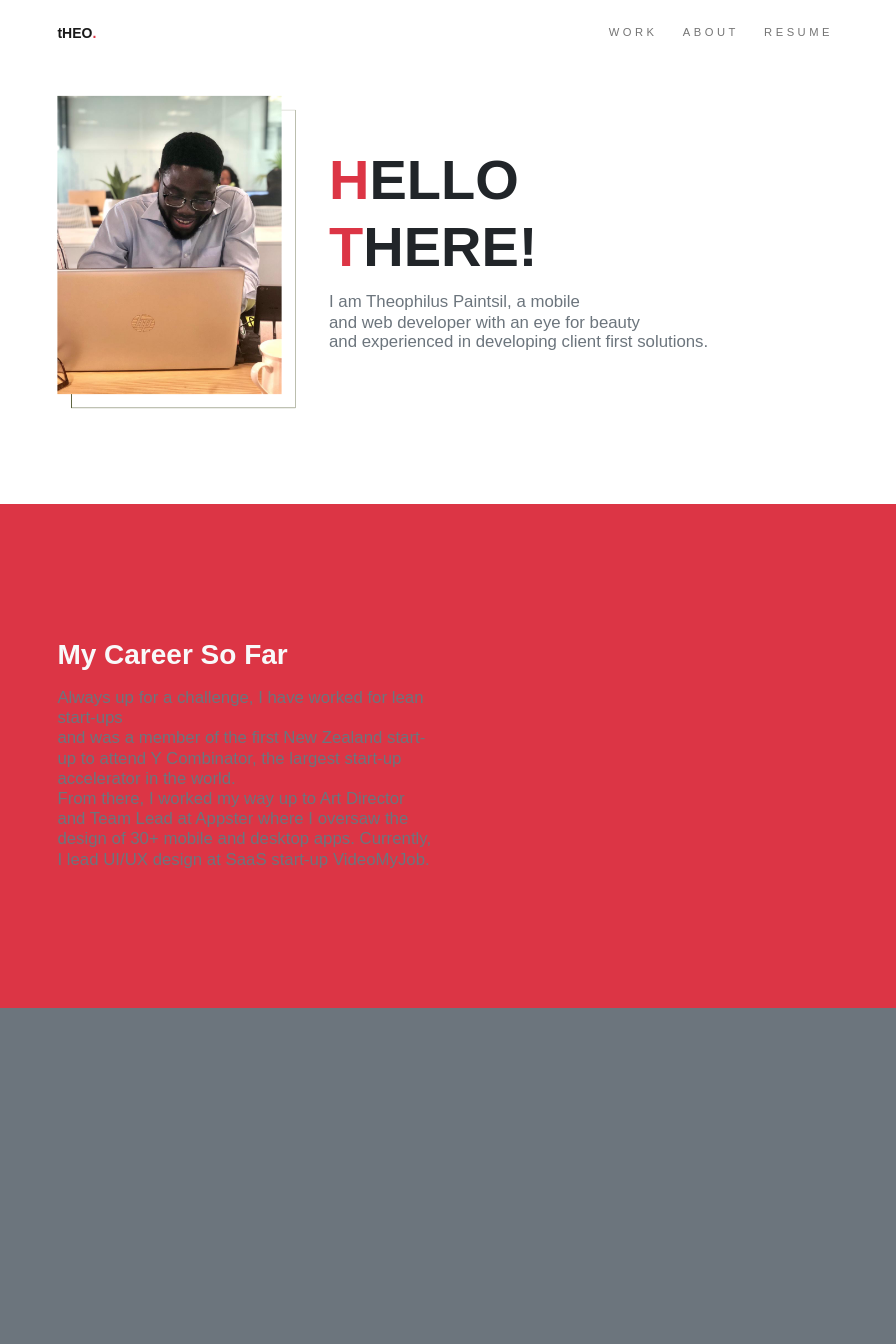
Repository: tHEO2k17/portfolio
Page: /
The author's editor kept a copy of each file at every save. The page is drawn from the files as they stood at one save, then again after the next save.
The browser window is 1280 px wide. The pictures show the part of the page from y = 0 to 1920 px (the page is 3000 px tall), at 70% of full size.
The project was rebuilt for these pictures with package versions that can differ from the ones it lists, and the page was loaded fresh each time.

Above is the page before, as saved 2021-07-22 10:16:29.

After the next save:
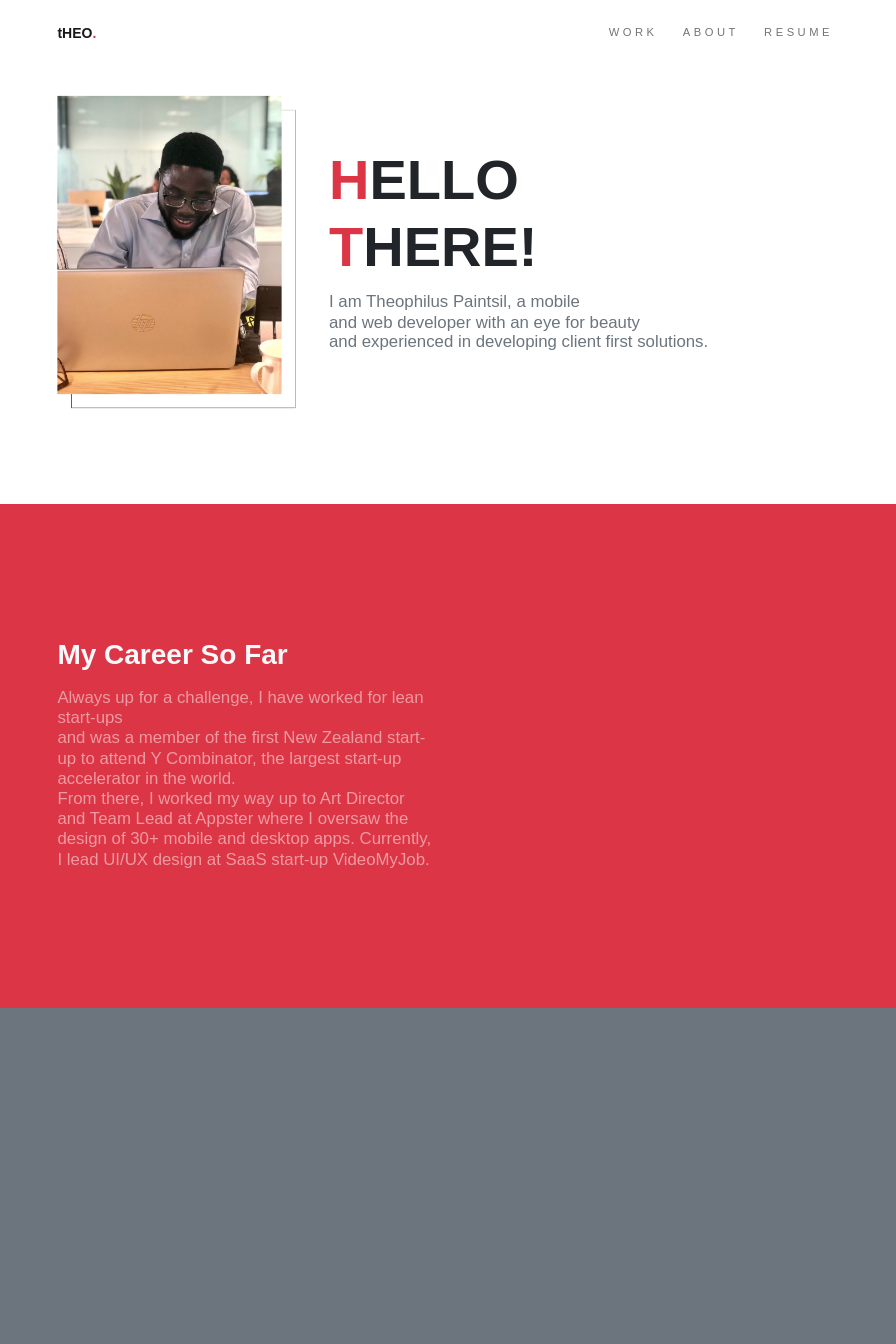
Saved 37 s later.
--- a/src/presentation/pages/HomePage.tsx
+++ b/src/presentation/pages/HomePage.tsx
@@ -44,7 +44,7 @@ export default function HomePage() {
                     <Row className="align-items-center min-vh-100 my-auto gx-5 text-light">
                         <Col>
                             <h1 className="fw-bold">My Career So Far</h1>
-                            <h4 className="text-muted mt-4">
+                            <h4 className="text-white-50 mt-4">
                                 Always up for a challenge, I have worked for lean start-ups<br />
                                 and was a member of the first New Zealand start-up to attend Y Combinator,
                                 the largest start-up accelerator in the world. <br />
